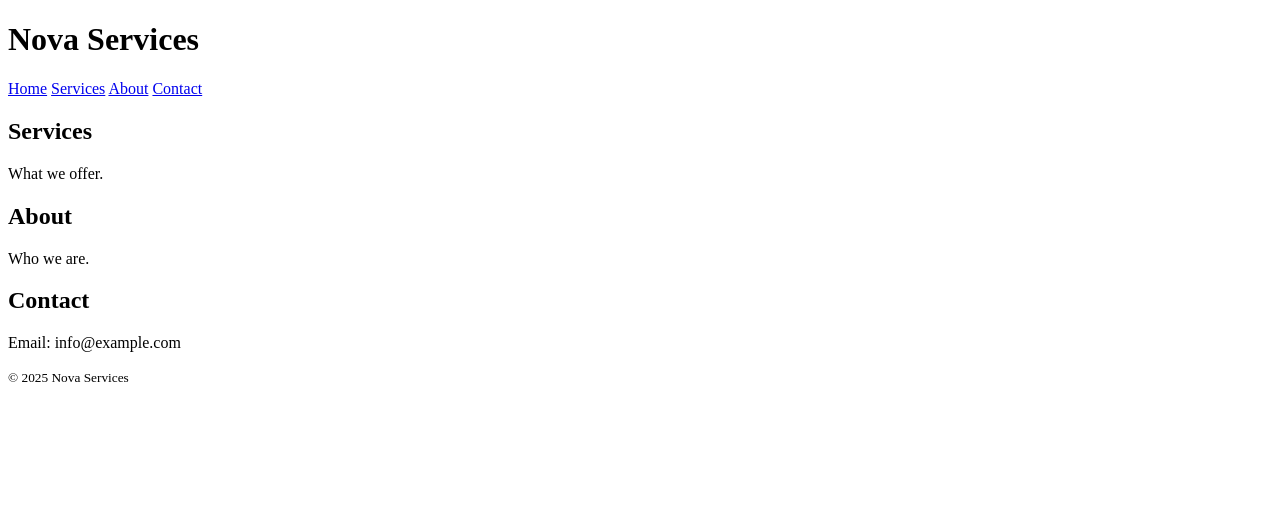
Repository: bbazimya/Nova-services
Page: index.html
These files come from the project's save history. The page is drawn as it stood at one moment and after a run of saves; the edit follows.
The browser window is 1280 px wide. The pictures show the whole page.

Above is the page before, as saved 2025-09-10 12:30:37.

After the next 2 saves:
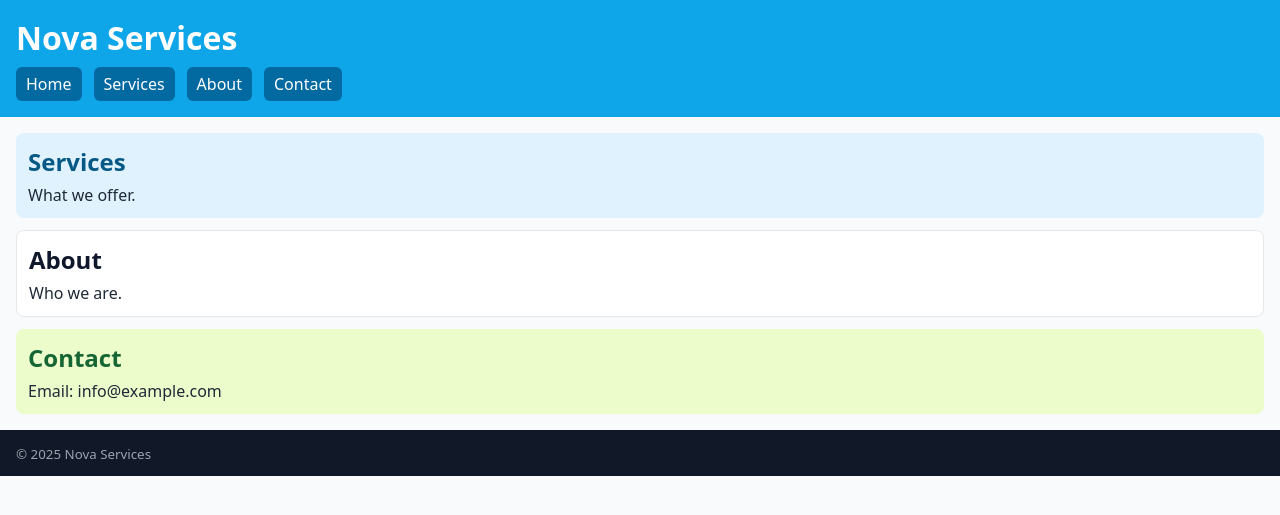
The 2 saves are shown as one change because they came seconds apart.
The last was saved 4 min 20 s later.
--- a/index.html
+++ b/index.html
@@ -3,24 +3,33 @@
 <head>
   <meta charset="utf-8">
   <meta name="viewport" content="width=device-width, initial-scale=1">
-  <title><h1><centre>Nova Services<centre></h1></title>
+  <title>Nova Services</title>
 </head>
-<body>
-  <header>
-    <h1>Nova Services</h1>
-    <nav>
-      <a href="#home">Home</a>
-      <a href="#services">Services</a>
-      <a href="#about">About</a>
-      <a href="#contact">Contact</a>
+<body style="margin:0;font-family:system-ui,Arial,sans-serif;color:#1f2937;background:#f8fafc;">
+  <header style="background:#0ea5e9;color:#fff;padding:16px;">
+    <h1 style="margin:0;">Nova Services</h1>
+    <nav style="margin-top:8px;display:flex;gap:12px;flex-wrap:wrap;">
+      <a href="#home" style="color:#fff;background:#0369a1;padding:6px 10px;border-radius:6px;text-decoration:none;">Home</a>
+      <a href="#services" style="color:#fff;background:#0369a1;padding:6px 10px;border-radius:6px;text-decoration:none;">Services</a>
+      <a href="#about" style="color:#fff;background:#0369a1;padding:6px 10px;border-radius:6px;text-decoration:none;">About</a>
+      <a href="#contact" style="color:#fff;background:#0369a1;padding:6px 10px;border-radius:6px;text-decoration:none;">Contact</a>
     </nav>
   </header>
-  <main id="home">
-    <section id="services"><h2>Services</h2><p>What we offer.</p></section>
-    <section id="about"><h2>About</h2><p>Who we are.</p></section>
-    <section id="contact"><h2>Contact</h2><p>Email: info@example.com</p></section>
+  <main id="home" style="padding:16px;">
+    <section id="services" style="background:#e0f2fe;border-radius:8px;padding:12px;margin-bottom:12px;">
+      <h2 style="margin:0 0 6px 0;color:#075985;">Services</h2>
+      <p style="margin:0;">What we offer.</p>
+    </section>
+    <section id="about" style="background:#fff;border:1px solid #e5e7eb;border-radius:8px;padding:12px;margin-bottom:12px;">
+      <h2 style="margin:0 0 6px 0;color:#0f172a;">About</h2>
+      <p style="margin:0;">Who we are.</p>
+    </section>
+    <section id="contact" style="background:#ecfccb;border-radius:8px;padding:12px;">
+      <h2 style="margin:0 0 6px 0;color:#166534;">Contact</h2>
+      <p style="margin:0;">Email: info@example.com</p>
+    </section>
   </main>
-  <footer>
+  <footer style="background:#111827;color:#9ca3af;padding:12px 16px;">
     <small>&copy; <time>2025</time> Nova Services</small>
   </footer>
 </body>
